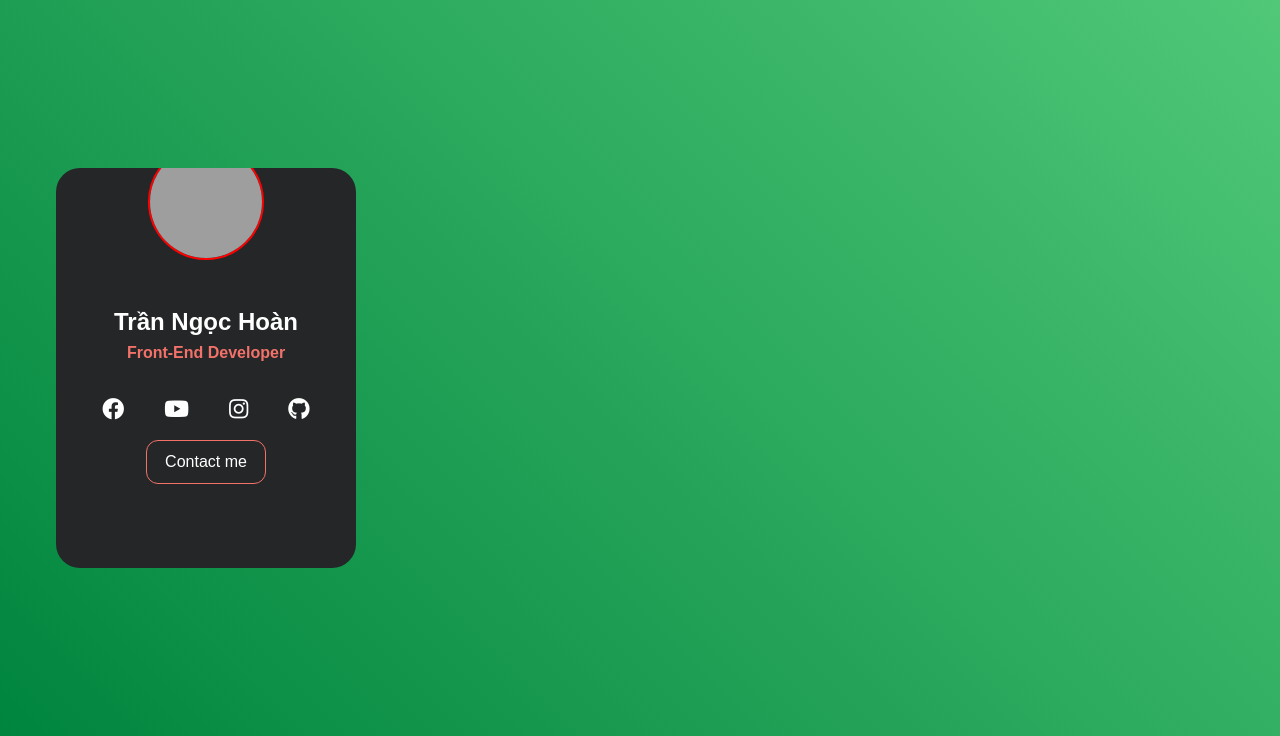
Repository: HoanTiny/30projects-30day
Page: Day 2/index.html
An editor plug-in stored every save of this project. The page is shown before and after the next save, followed by the edit.
The browser window is 1280 px wide. The pictures show the whole page.
Pictures or frames that could not be fetched are drawn as grey boxes. Some web libraries are served in a nearby version.

Above is the page before, as saved 2021-11-30 21:23:59.

### Day 2/index.html
<!DOCTYPE html>
<html lang="en">
    <head>
        <meta charset="UTF-8" />
        <meta http-equiv="X-UA-Compatible" content="IE=edge" />
        <meta name="viewport" content="width=device-width, initial-scale=1.0" />
        <title>Day 2</title>
        <link
            rel="stylesheet"
            href="https://use.fontawesome.com/releases/v5.13.0/css/all.css"
            integrity="sha384-Bfad6CLCknfcloXFOyFnlgtENryhrpZCe29RTifKEixXQZ38WheV+i/6YWSzkz3V"
            crossorigin="anonymous"
        />
        <link rel="stylesheet" href="./style.css">
    </head>
    <body>
        <div class="container">
            <ul class="card-list">
                <li class="card-item">
                    <img class="card-item-img" src="https://scontent.fhan3-1.fna.fbcdn.net/v/t1.6435-9/157852677_1639854009539301_6816323171281456412_n.jpg?_nc_cat=102&ccb=1-5&_nc_sid=09cbfe&_nc_ohc=XVa0LNTU2EsAX_R0DIB&_nc_ht=scontent.fhan3-1.fna&oh=e10dbaffbb6516a088232d98e0eb552f&oe=61CB24BE"></img>
                    <p class="card-item-name">Trần Ngọc Hoàn</p>
                    <p class="card-item-duty">Front-End Developer</p>
                    <div class="social-media-list">
                        <a href="https://www.facebook.com/hoandz93/" class="social-media-item"><i class="fab fa-facebook facebook-icon"></i></a>
                        <a href="https://www.youtube.com/watch?v=BBxEgnH-tQU" class="social-media-item"><i class="fab fa-youtube"></i></a>
                        <a href="https://www.instagram.com/tran.ngochoan24/" class="social-media-item"><i class="fab fa-instagram"></i></a>
                        <a href="https://github.com/HoanTiny" class="social-media-item"><i class="fab fa-github"></i></a>
                    </div>
                    <a href="mailto: thedevil0903@gmail.com" class="card-item-contact">Contact me</a>
                </li>
            </ul>
        </div>
    </body>
</html>

### Day 2/style.css
* {
    font-family: "Poppins", sans-serif;
}

body {
    background: linear-gradient(45deg, #00853e, #50c878);
    display: flex;
    align-items: center;
    justify-content: center;
    height: 100vh;
}

a {
    text-decoration: none;
}

.container {
    display: flex;
    width: 100%;
    padding: 12px 48px;
}

.card-list {
    padding-left: 0;
    display: flex;
}

.card-item {
    width: 300px;
    height: 400px;
    background-color: #242628;
    display: flex;
    flex-direction: column;
    align-items: center;
    border-radius: 24px;
    overflow: hidden;
}

.card-item-img {
    width: 112px;
    height: 112px;
    border-radius: 50%;
    border: 2px solid red;
    transform: translateY(-24px);
}

.card-item-img:hover {
    width: 100%;
    height: 100%;
    border-radius: unset;
    border: unset;
}
.card-item-name {
    color: #fff;
    margin-top: 24px;
    margin-bottom: 0;
    font-size: 24px;
    font-weight: bold;
}

.card-item-duty {
    color: #f2726a;
    font-weight: bold;
    margin-top: 8px;
    font-size: 16px;
}

.social-media-list {
    display: flex;
}

.social-media-item i {
    font-size: 22px;
    color: #fff;
    margin: 20px;
}

.card-item-contact {
    color: #fff;
    border: 1px solid #f2726a;
    padding: 12px 18px;
    border-radius: 12px;
}

After the next save:
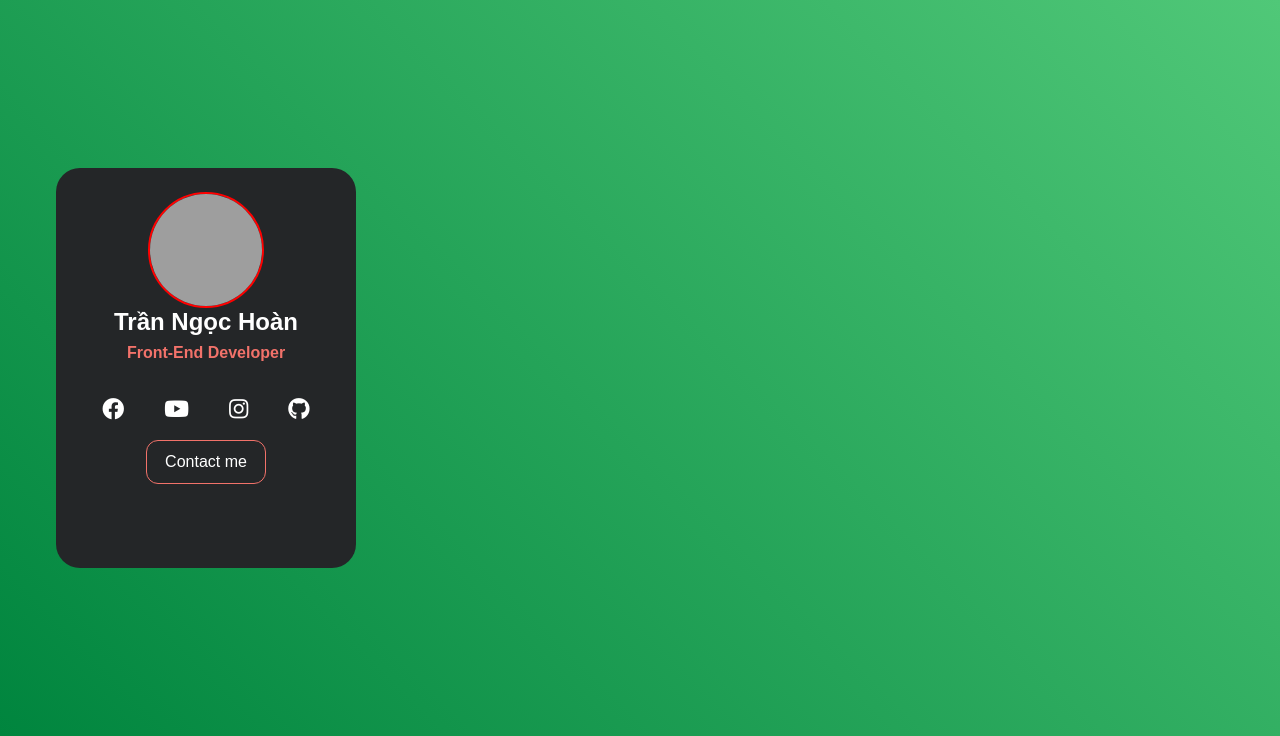
Saved 4 s later.
--- a/Day 2/style.css
+++ b/Day 2/style.css
@@ -41,7 +41,7 @@ a {
     height: 112px;
     border-radius: 50%;
     border: 2px solid red;
-    transform: translateY(-24px);
+    transform: translateY(24px);
 }
 
 .card-item-img:hover {
